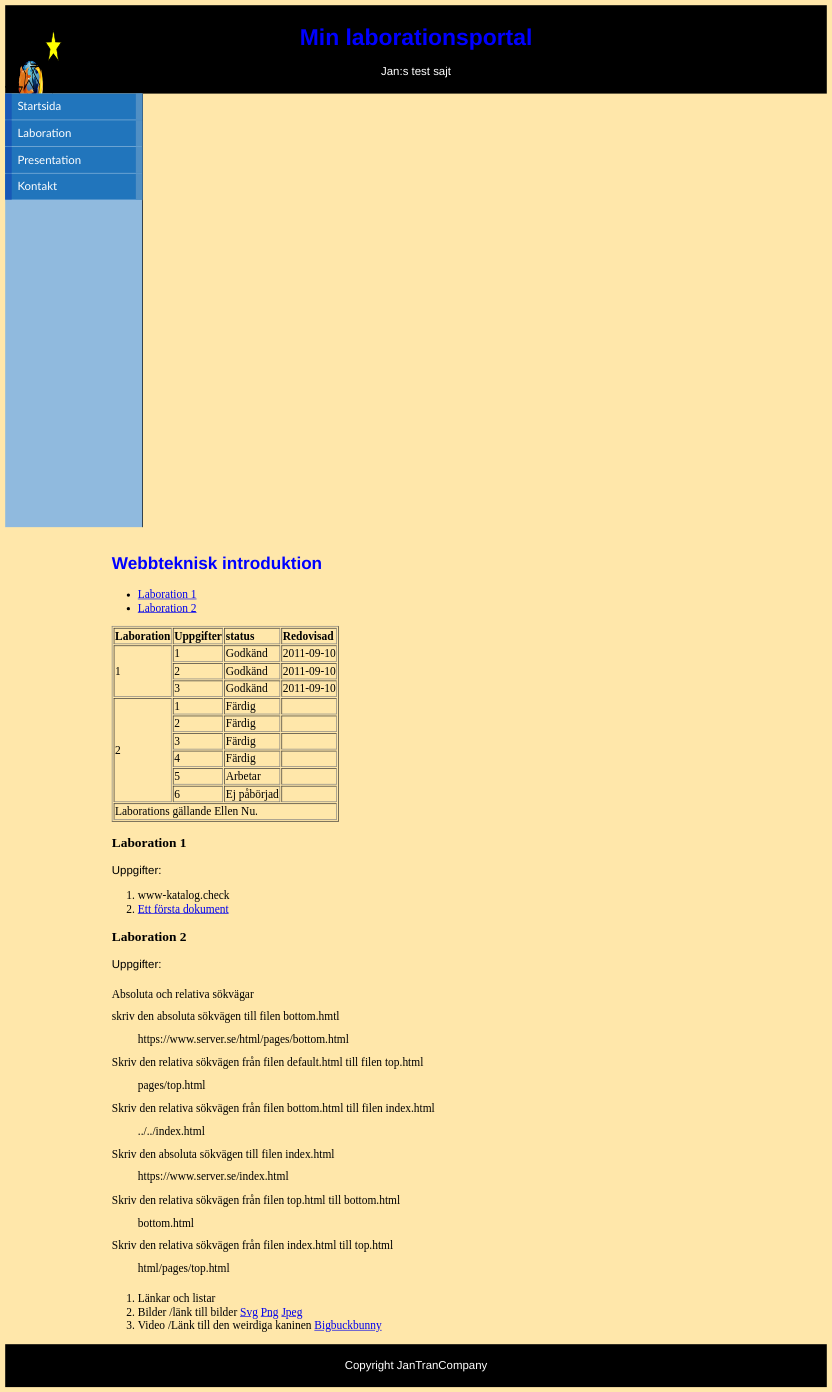
Repository: jt222ic/1ik415-jt222ic-lab-1
Page: pages/laboration.html
The author's editor kept a record of every edit. The page is drawn from the files as they stood at one moment, then again after the next edit.
The browser window is 1280 px wide. The pictures show the whole page, at 65% of full size.

Above is the page before.

### pages/laboration.html
<!DOCTYPE html>
<html lang="en-sv">
    <head>
        <meta charset="utf-8" />
        <title>Laborationsportal</title>
        <link rel="stylesheet" href="Csss/style.css" />

    </head>
    <body>


    <div id="header">
        <h1>Min laborationsportal</h1>

        <p>Jan:s test sajt</p>
   </div>



   <div id="nav">
     <ul>
          <li><a href="../index.html" class="active"> Startsida</a></li>
          <li><a href="laboration.html" class="active"> Laboration</a></li>
          <li><a href ="presentation.html" class="active"> Presentation</a></li>
          <li><a href ="kontakt.html" class="active"> Kontakt</a></li>
    </ul>
    </div>
<div id="section">
    <h2>Webbteknisk introduktion</h2>

    <ul>
    <li><a href="laboration.html#lab1" class="active"> Laboration 1</a></li>
    <li><a href="laboration.html#lab2" class="active"> Laboration 2</a></li>


    </ul>

    <table border="1">
    <thead>

<tr>
            <td><strong>Laboration</strong></td>
            <td><strong>Uppgifter</strong></td>
            <td><strong>status</strong></td>
            <td><strong>Redovisad</strong></td>
</tr>
        </thead>
<tbody>
<tr>
            <td rowspan="3">1</td>
            <td>1</td>
            <td>Godkänd</td>
            <td>2011-09-10</td>
</tr>

<tr>
            <td>2</td>
            <td>Godkänd</td>
            <td>2011-09-10</td>

</tr>

            <tr>
            <td>3 </td>
            <td>Godkänd</td>
            <td>2011-09-10</td>

</tr>
<tr>
            <td rowspan="6">2</td>
            <td>1</td>
            <td>Färdig</td>
            <td></td>



</tr>
<tr>
            <td>2</td>
            <td>Färdig</td>
            <td></td>
</tr>
<tr>
            <td>3</td>
            <td>Färdig</td>
            <td></td>




</tr>

<tr>
            <td>4</td>
            <td>Färdig</td>
            <td></td>




</tr>
<tr>
            <td>5</td>
            <td>Arbetar</td>
            <td></td>




</tr>
<tr>
            <td>6</td>
            <td>Ej påbörjad</td>
            <td></td>




</tr>
</tbody>
<tfoot>
<tr>
            <td colspan="4">Laborations gällande Ellen Nu.</td>
</tr>


</tfoot>

</table>




    <a id="lab1"></a>
    <h3>Laboration 1</h3>
    <p>Uppgifter:</p>



<ol>
        <li> www-katalog.check </li>
        <li><a href ="Presentation.html" class="active">Ett första dokument</a></li>
</ol>

    <h3>Laboration 2</h3>
    <p>Uppgifter:</p>





        <a id="lab2"></a>






                <dl>
                     <dt>Absoluta och relativa sökvägar</dt>
                    <dt>skriv den absoluta sökvägen till filen bottom.hmtl </dt>
                    <dd>https://www.server.se/html/pages/bottom.html</dd>
                    <dt>Skriv den relativa sökvägen från filen default.html till filen top.html</dt>
                    <dd>pages/top.html</dd>
                    <dt>Skriv den relativa sökvägen från filen bottom.html till filen index.html</dt>
                    <dd>../../index.html</dd>
                    <dt>Skriv den absoluta sökvägen till filen index.html</dt>
                    <dd>https://www.server.se/index.html</dd>
                    <dt>Skriv den relativa sökvägen från filen top.html till bottom.html</dt>
                    <dd>bottom.html</dd>
                    <dt>Skriv den relativa sökvägen från filen index.html till top.html</dt>
                    <dd>html/pages/top.html</dd>
                </dl>

<ol>
        <li>Länkar och listar</li>
        <li>Bilder /länk till bilder <a href="../index.html#ankar">Svg</a>
        <a href="../index.html#sten" >Png</a>
        <a href="presentation.html#bild">Jpeg</a>

        </li>
        <li>Video /Länk till den weirdiga kaninen <a href="../index.html#bunny" class="active">Bigbuckbunny</a></li>
</ol>


</div>
<div id="footer">
<p>Copyright JanTranCompany</p>
</div>

    </body>
</html>

### pages/Csss/style.css


body{font-size:1.1em;

}
body{background-color:#FFE7AA;

}

h1, h2 {font-family: "Helvetica", Arial, sans-serif; color:blue;
}

p {font-family: "Helvetica", Arial, sans-serif;}


dl,dt,dd{ line-height: 200%; }





#header {
    background-color:black;
    color:white;
    text-align:center;
    padding:5px;

       background-image:url(../jpeg/mozilla_star.svg);
    background-position:top-right;
    background-repeat:no-repeat;
    background-size: 100px 200px;s


}

#section {
    width:1100px;
    float:right;
    padding:10px
    float:right;
    text-align:left;

}
#footer {
    background-color:black;
    color:white;
    clear:both;
    text-align:center;
    padding:5px;


}
#nav{
    line-height:30px;
    background-color:blue;
    height:650px;
    width:200px;
    float:left;
    padding:5px;
}

#nav {
	width: 12em;
	border-right: 1px solid #000;
	padding: 0 0 1em 0;
	margin-bottom: 1em;
	font-family: 'Trebuchet MS', 'Lucida Grande', Verdana, Arial, sans-serif;
	background-color: #90bade;
	color: #333;
}

#nav ul {
	list-style: none;
	margin: 0;
	padding: 0;
	border: none;
}

#nav li {
	border-bottom: 1px solid #90bade;
	margin: 0;
	list-style: none;
	list-style-image: none;
}

#nav li a {
	display: block;
	padding: 5px 5px 5px 0.5em;
	border-left: 10px solid #1958b7;
	border-right: 10px solid #508fc4;
	background-color: #2175bc;
	color: #fff;
	text-decoration: none;
	width: 100%;
}

html>body #nav li a {
	width: auto;
}

#nav li a:hover {
	border-left: 10px solid #1c64d1;
	border-right: 10px solid #5ba3e0;
	background-color: #2586d7;
	color: #fff;
}

.bild {
	background-image:url(../jpeg/smiley.svg);
    background-position:center;
    background-repeat:no-repeat;
    background-size: 100px 200px;s

}

After the next edit:
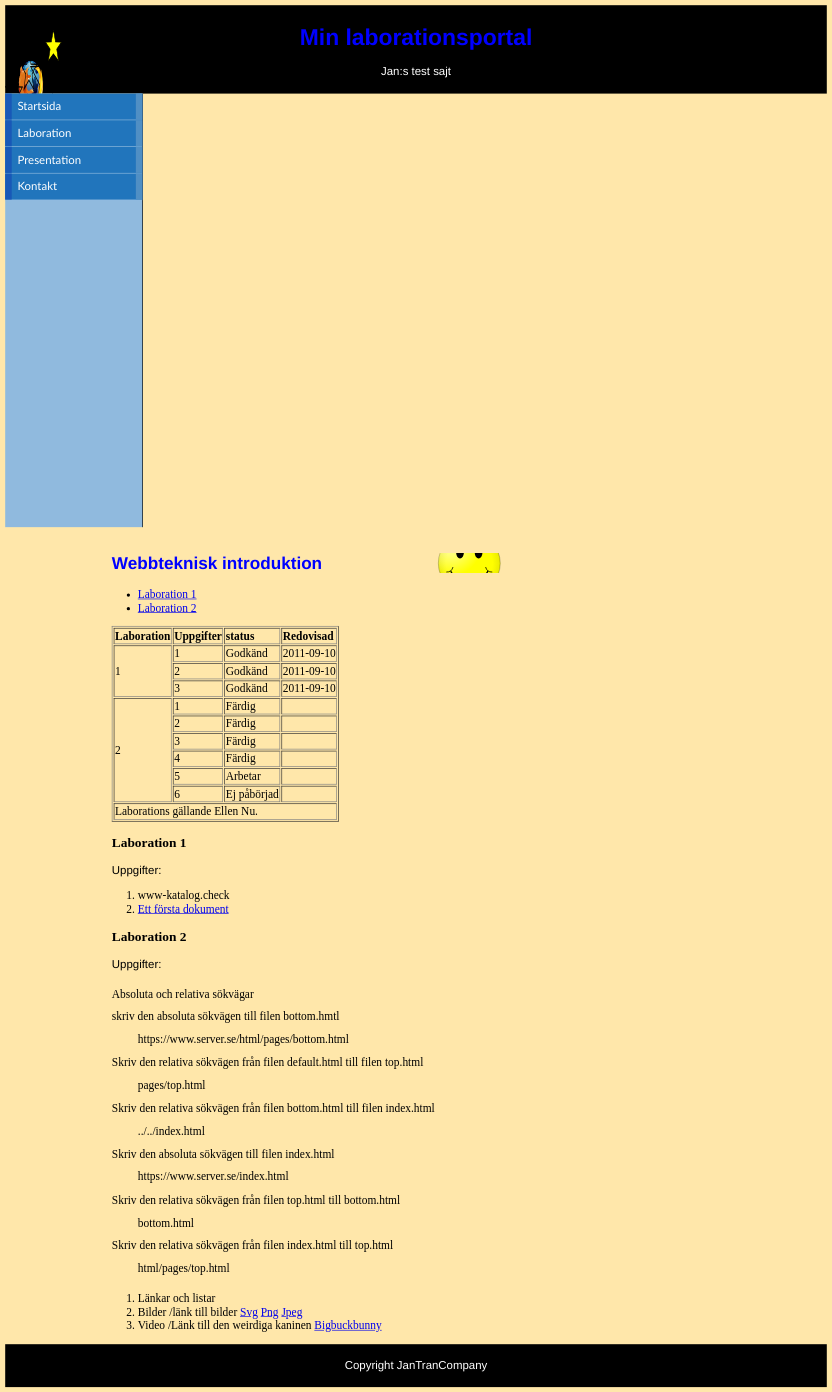
The edit:
--- a/pages/laboration.html
+++ b/pages/laboration.html
@@ -26,7 +26,7 @@
     </ul>
     </div>
 <div id="section">
-    <h2>Webbteknisk introduktion</h2>
+    <h2 class="bild">Webbteknisk introduktion</h2>
 
     <ul>
     <li><a href="laboration.html#lab1" class="active"> Laboration 1</a></li>
